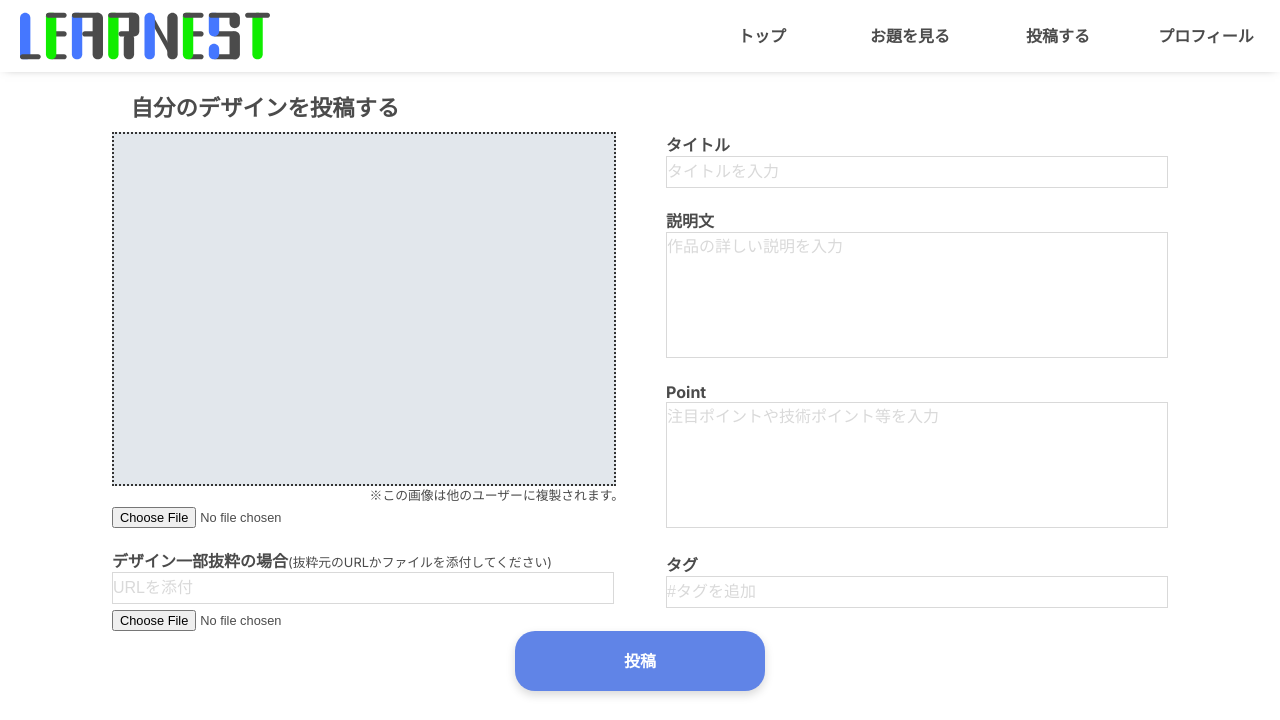
Repository: KawakamiAyaka/Learnest
Page: /inputPost
The author's editor kept a copy of each file at every save. The page is drawn from the files as they stood at one save, then again after the next save.
The browser window is 1280 px wide. The pictures show the whole page.
The project was rebuilt for these pictures with package versions that can differ from the ones it lists, and the page was loaded fresh each time. The framework's server and built-in components were replaced by stand-ins that run in the browser. Also part of the build but not shown: next.config.mjs.

Above is the page before, as saved 2024-07-12 12:09:36.

After the next save:
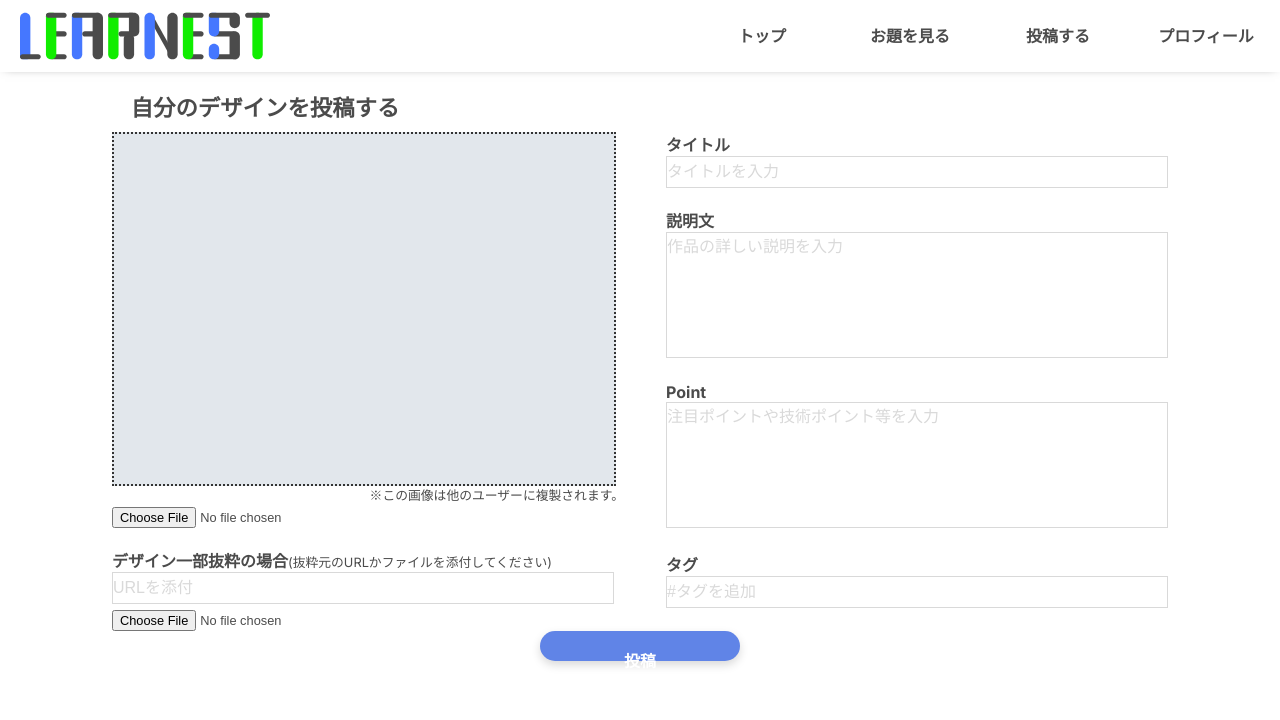
Saved 13 s later.
--- a/src/app/inputPost/inputPost.module.scss
+++ b/src/app/inputPost/inputPost.module.scss
@@ -124,8 +124,8 @@
         }
     }
     .PostBtn{
-        width: 250px;
-        height: 60px;
+        width: 200px;
+        height: 30px;
         background: #6084E7;
         color: #fff;
         text-decoration: none;
